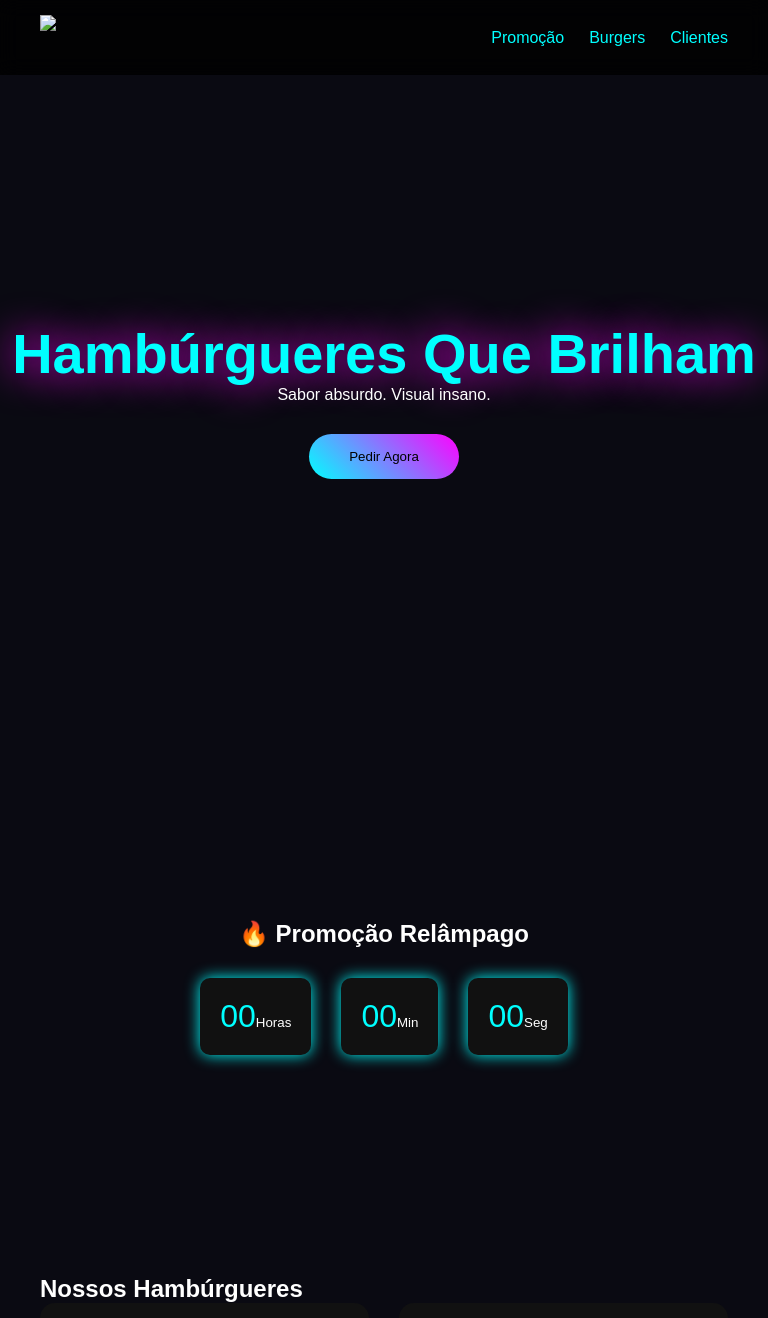
Repository: Sandro1969-tech/burgerstation
Page: index.html
An editor plug-in stored every save of this project. The page is shown before and after a run of saves, followed by the edit.
The browser window is 768 px wide. The pictures show the part of the page from y = 0 to 1318 px (the page is 2876 px tall before and 3853 px after).
Pictures or frames that could not be fetched are drawn as grey boxes.

Above is the page before, as saved 2026-02-09 18:29:50.
Not found: assets/logo.png
Not found: script.js

After the next 4 saves:
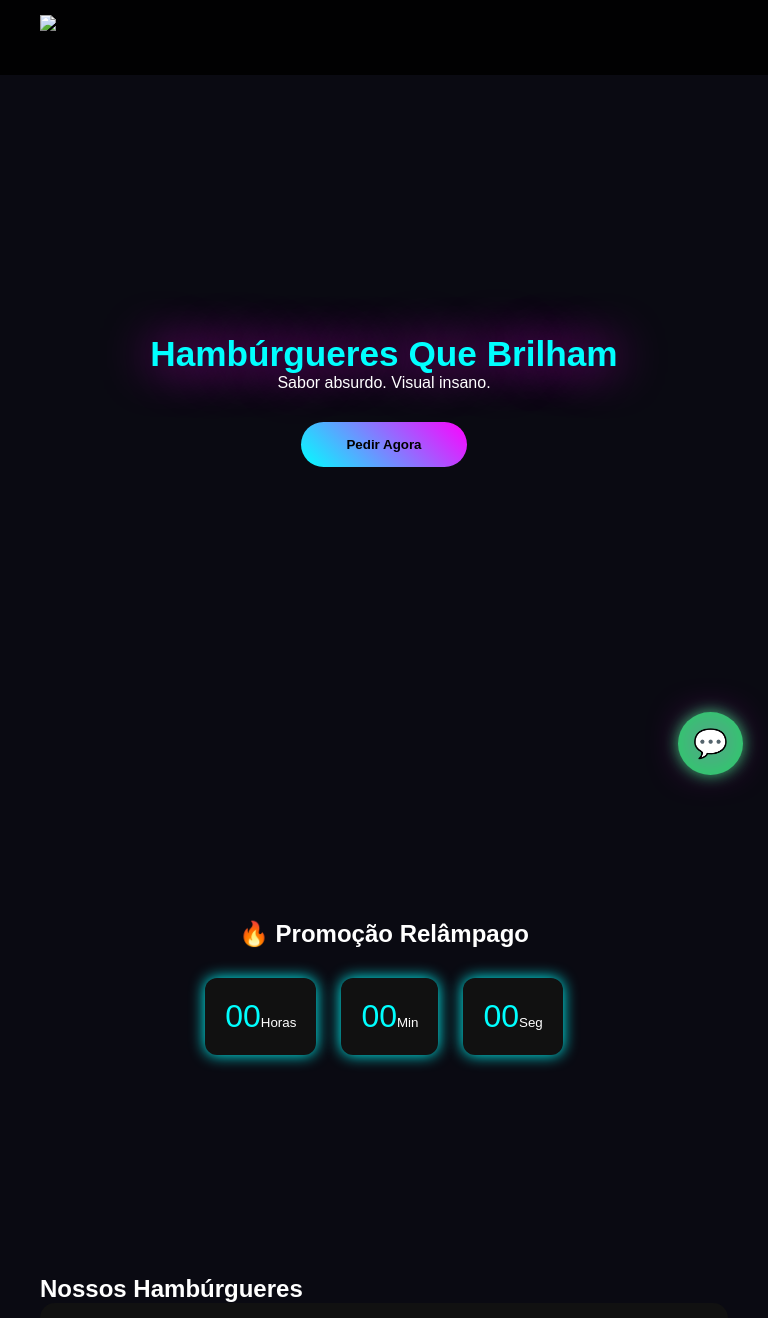
The 4 saves are shown as one change because they came seconds apart.
The last was saved 32 s later.
--- a/style.css
+++ b/style.css
@@ -13,7 +13,7 @@ body {
 header {
   position: fixed;
   width: 100%;
-  background: rgba(0,0,0,0.8);
+  background: rgba(0,0,0,0.85);
   backdrop-filter: blur(10px);
   z-index: 100;
 }
@@ -25,9 +25,7 @@ header {
   padding: 15px 40px;
 }
 
-.logo {
-  height: 45px;
-}
+.logo { height: 45px; }
 
 .menu {
   list-style: none;
@@ -46,26 +44,33 @@ header {
   flex-direction: column;
   justify-content: center;
   align-items: center;
+  text-align: center;
 }
 
 .neon {
   font-size: 3.5rem;
   color: #0ff;
-  text-shadow: 0 0 10px #0ff, 0 0 30px #f0f;
+  text-shadow: 0 0 15px #0ff, 0 0 40px #ff00ff;
   animation: pulse 2s infinite;
 }
 
 @keyframes pulse {
-  50% { text-shadow: 0 0 40px #ff00ff; }
+  50% { text-shadow: 0 0 50px #ff00ff; }
 }
 
 .btn {
   margin-top: 30px;
-  padding: 15px 40px;
-  border-radius: 30px;
+  padding: 15px 45px;
+  border-radius: 40px;
   border: none;
+  background: linear-gradient(45deg, #0ff, #ff00ff);
   cursor: pointer;
-  background: linear-gradient(45deg, #0ff, #ff00ff);
+  font-weight: bold;
+  transition: 0.3s;
+}
+
+.btn:hover {
+  transform: translateY(-6px) scale(1.05);
 }
 
 .promo {
@@ -76,14 +81,14 @@ header {
 .timer {
   display: flex;
   justify-content: center;
-  gap: 30px;
+  gap: 25px;
   margin-top: 30px;
 }
 
 .timer div {
   background: #111;
   padding: 20px;
-  border-radius: 10px;
+  border-radius: 12px;
   box-shadow: 0 0 15px #0ff;
 }
 
@@ -107,6 +112,12 @@ header {
   padding: 15px;
   border-radius: 15px;
   text-align: center;
+  transition: 0.3s;
+}
+
+.item:hover {
+  transform: translateY(-8px);
+  box-shadow: 0 0 20px #0ff;
 }
 
 .item img {
@@ -123,7 +134,6 @@ header {
 
 .item p {
   font-size: 0.9rem;
-  margin-top: 5px;
 }
 
 .depoimentos {
@@ -143,9 +153,24 @@ footer {
   text-align: center;
 }
 
-/* Tablet */
-@media (max-width: 900px) {
-  .grid {
-    grid-template-columns: repeat(2, 1fr);
-  }
+/* WHATSAPP */
+.whatsapp {
+  position: fixed;
+  bottom: 25px;
+  right: 25px;
+  background: #25d366;
+  color: #fff;
+  font-size: 28px;
+  padding: 15px;
+  border-radius: 50%;
+  text-decoration: none;
+  box-shadow: 0 0 15px #25d366;
+  animation: pulse 1.5s infinite;
 }
+
+/* MOBILE */
+@media (max-width: 768px) {
+  .menu { display: none; }
+  .neon { font-size: 2.2rem; }
+  .grid { grid-template-columns: 1fr; }
+}
